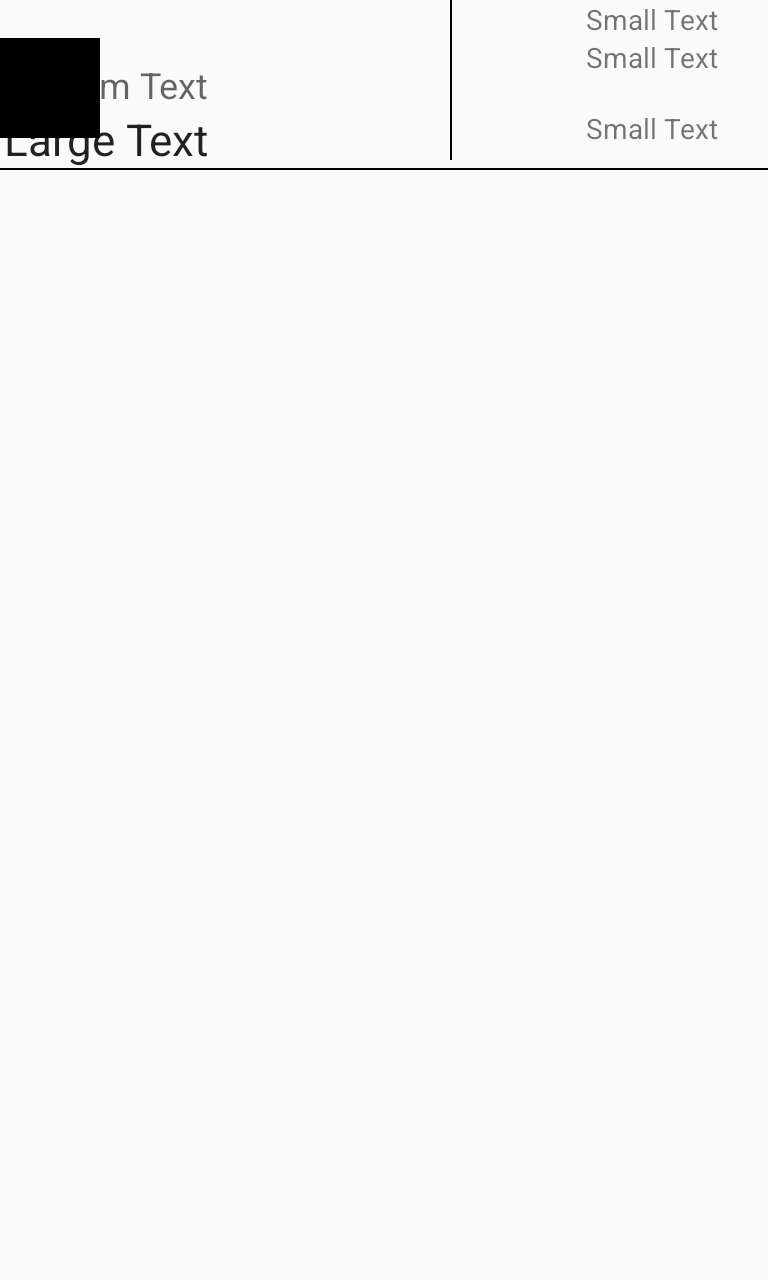
Repository: RibuRoyson/exercise
Layout: Layout1/res/layout/activity_main.xml
These files come from the project's save history. The layout is drawn as it stood at one moment and after the next save; the edit follows.
It is drawn on a 768 x 1280 px phone screen (xhdpi) without system bars, with theme AppTheme; the app's code is not run.

Above is the layout before, as saved 2015-02-16 07:00:53.

After the next save:
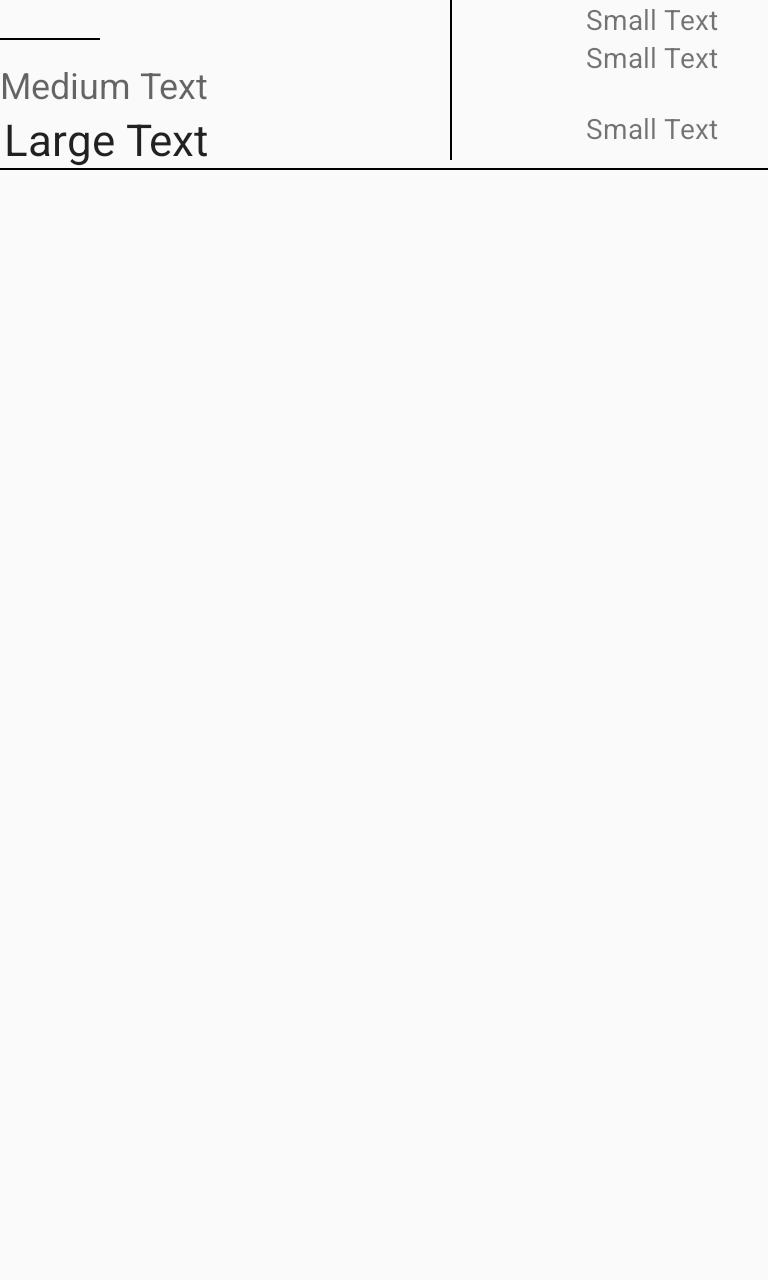
Saved 33 s later.
--- a/Layout1/res/layout/activity_main.xml
+++ b/Layout1/res/layout/activity_main.xml
@@ -73,7 +73,7 @@
     <View
         android:id="@+id/view3"
         android:layout_width="50dp"
-        android:layout_height="50dp"
+        android:layout_height="1dp"
         android:layout_below="@+id/textView4"
        android:background="#000000"
          />
